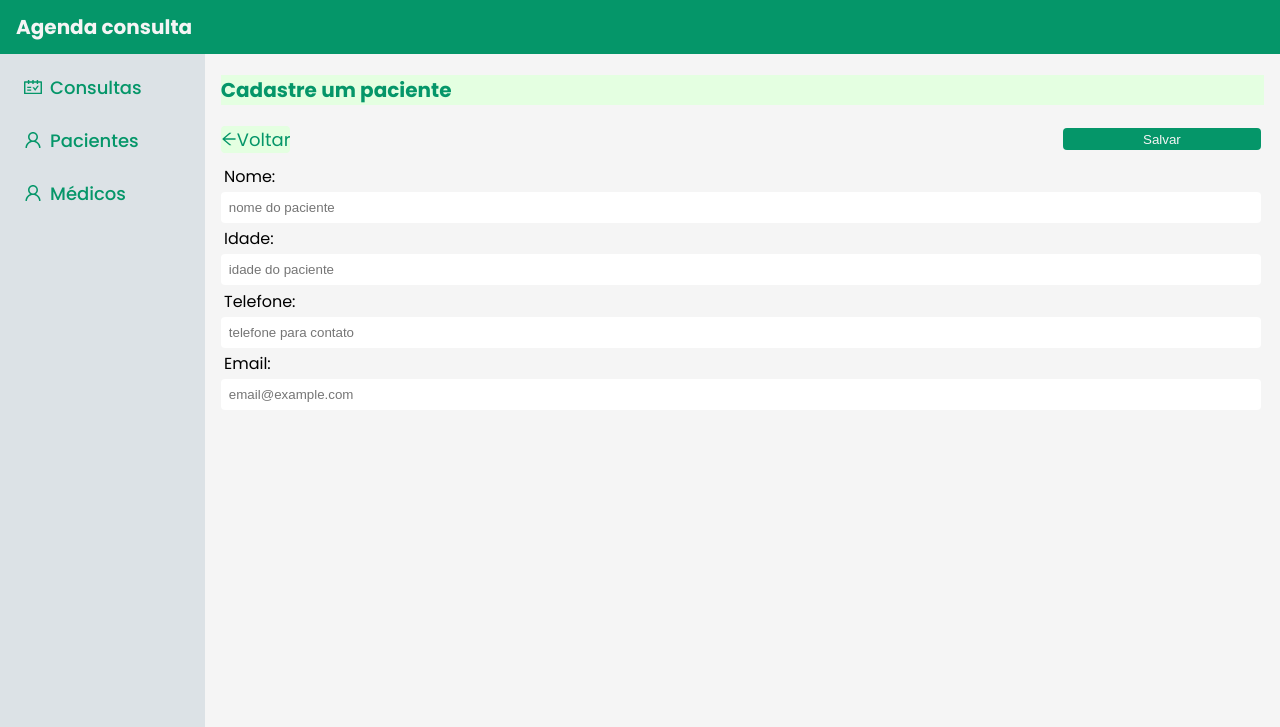
Repository: BarbaraCD/agendaconsulta
Page: /patients/new
An editor plug-in stored every save of this project. The page is shown before and after the next save, followed by the edit.
The browser window is 1280 px wide. The pictures show the whole page.
The project was rebuilt for these pictures with package versions that can differ from the ones it lists, and the page was loaded fresh each time. Also part of the build but not shown: vite.config.ts, src/services/appointment.services.ts, src/styles/Appointments.ts, src/services/doctor.services.ts, src/components/Calendar.tsx, src/styles/CreateContainer.ts, src/components/DoctorTable.tsx, src/components/PatientTable.tsx and 2 more.

Above is the page before, as saved 2023-08-29 16:21:13.

### index.html
<!DOCTYPE html>
<html lang="en">
  <head>
    <meta charset="UTF-8" />
    <link rel="icon" type="image/svg+xml" href="/vite.svg" />
    <meta name="viewport" content="width=device-width, initial-scale=1.0" />

    <link rel="preconnect" href="https://fonts.googleapis.com">
    <link rel="preconnect" href="https://fonts.gstatic.com" crossorigin>
    <link href="https://fonts.googleapis.com/css2?family=Poppins:wght@400;500;700&display=swap" rel="stylesheet">

    <title>Agendamento de Consulta</title>
  </head>
  <body>
    <div id="root"></div>
    <script type="module" src="/src/main.tsx"></script>
  </body>
</html>

### src/main.tsx
/* eslint-disable @typescript-eslint/no-non-null-assertion */
import React from 'react'
import ReactDOM from 'react-dom/client'
import { ThemeProvider } from 'styled-components'
import GlobalStyle, { Container, Content } from './styles/global'
import { theme } from './styles/Theme.ts'
import App from './App.tsx'
import { Routes } from './routes/index.tsx'
import { Header } from './components/Header.tsx'
import { BrowserRouter } from 'react-router-dom'

ReactDOM.createRoot(document.getElementById('root')!).render(
  <React.StrictMode>
    <ThemeProvider theme={theme}>
      <GlobalStyle />
      <BrowserRouter>
        <Header />
        <Container>
          <App />
          <Content>
            <Routes />
          </Content>
        </Container>
      </BrowserRouter>
    </ThemeProvider>
  </React.StrictMode>,
)

### src/styles/global.ts
import styled, { createGlobalStyle } from 'styled-components'

export default createGlobalStyle`
  *{
    margin: 0;
    padding: 0;
    box-sizing: border-box;

  }
  body{
    height: 100%;
    width: 100%;
    font-family: 'Poppins', sans-serif;
    background: ${(props) => props.theme.colors.white};
    font-size: ${(props) => props.theme.size.xl};
  }
`

export const Container = styled.div`
  display: flex;
`

export const SidebarGlobal = styled.div`
  width: 16%;
`

export const Content = styled.div`
  flex: 1;
  margin: 0 1rem;
`

### src/styles/Theme.ts
export const theme = {
  colors: {
    primary: '#059669',
    head: '#059669B3',
    100: '#E4FFE1',

    sbcolor: '#DCE2E6',
    gray: '#41414D',
    black: '#000',
    white: '#f5f5f5',
  },
  size: {
    sm: '14px',
    md: '16px',
    lg: '18px',
    xl: '20px',
    xxl: '24px',
  },
}

### src/App.tsx
import { SidebarGlobal } from './styles/global'
import { Sidebar } from './components/Sidebar'

export default function App() {
  return (
    <SidebarGlobal>
      <Sidebar />
    </SidebarGlobal>
  )
}

### src/routes/index.tsx
import { AppRoutes } from './app.routes'

export function Routes() {
  return (
    <>
      <AppRoutes />
    </>
  )
}

### src/components/Header.tsx
import { Link } from 'react-router-dom'
import { styled } from 'styled-components'

const ContainerHeader = styled.div`
  padding: 12px 16px;
  width: 100%;
  min-width: 200px;
  font-weight: 700;
  overflow: visible;
  background-color: ${(props) => props.theme.colors.primary};
`

const StyleLink = styled(Link)`
  text-decoration: none;
  word-break: normal;
  display: block;
  align-items: center;
  justify-content: center;
  color: ${(props) => props.theme.colors.white};
`

export function Header() {
  return (
    <ContainerHeader>
      <StyleLink to="/">Agenda consulta</StyleLink>
    </ContainerHeader>
  )
}

### src/components/Sidebar.tsx
import { ScheduleOutlined, UserOutlined } from '@ant-design/icons'
import { StyledSidebar, StyledList } from '../styles/SidebarStyled'
import { Link } from 'react-router-dom'

export function Sidebar() {
  return (
    <StyledSidebar>
      <StyledList>
        <li>
          <ScheduleOutlined style={{ color: '#059669' }} />
          <Link to="/appointments/calendar">Consultas</Link>
        </li>
        <li>
          <UserOutlined style={{ color: '#059669' }} />
          <Link to="/patients/list">Pacientes</Link>
        </li>
        <li>
          <UserOutlined style={{ color: '#059669' }} />
          <Link to="/doctors/list">Médicos</Link>
        </li>
      </StyledList>
    </StyledSidebar>
  )
}

### src/routes/app.routes.tsx
import { Routes, Route } from 'react-router-dom'

import { App } from 'antd'
import { AppointmentsCalendar } from '../components/Calendar'
import { InputPatients } from '../components/InputPatient'
import { DoctorTable } from '../components/DoctorTable'
import { PatientTable } from '../components/PatientTable'
import { InputDoctors } from '../components/InputDoctors'
import { CreateAppointments } from '../components/Appointments'

export function AppRoutes() {
  return (
    <Routes>
      <Route path="/" element={<App />} />

      <Route path="/patients/new" element={<InputPatients />} />
      <Route path="/patients/:id/edit" element={<InputPatients />} />
      <Route path="/patients/list" element={<PatientTable />} />

      <Route path="/doctors/new" element={<InputDoctors />} />
      <Route path="/doctors/:id/edit" element={<InputDoctors />} />
      <Route path="/doctors/list" element={<DoctorTable />} />

      <Route path="/appointments/new" element={<CreateAppointments />} />
      <Route path="/appointments/:id/edit" element={<CreateAppointments />} />
      <Route path="/appointments/calendar" element={<AppointmentsCalendar />} />
    </Routes>
  )
}

### src/styles/SidebarStyled.ts
import styled from 'styled-components'

export const StyledSidebar = styled.div`
  display: flex;
  flex-direction: column;
  background-color: ${(props) => props.theme.colors.sbcolor};
  color: ${(props) => props.theme.colors.black};
  font-size: ${(props) => props.theme.size.lg};
  font-weight: 500;
  justify-content: flex-start;
  align-items: flex-start;
  overflow: auto;
  height: 93.5vh;
  min-height: 100%;
`

export const StyledList = styled.ul`
  list-style: none;
  padding: 0.5rem;

  li {
    cursor: pointer;
    padding: 1rem;
    line-height: 1.3rem;
  }

  a {
    text-decoration: none;
    color: ${(props) => props.theme.colors.primary};
    margin: 0.5rem;
    word-break: break-all;
  }
`

### src/components/InputPatient.tsx
/* eslint-disable react-hooks/exhaustive-deps */
import { z } from 'zod'
import { useForm } from 'react-hook-form'
import { zodResolver } from '@hookform/resolvers/zod'

import { useEffect, useState } from 'react'
import {
  FlexDiv,
  InputContainer,
  MessageError,
  MessageSaved,
  StyledInput,
  StyledValidation,
  SubmitButton,
  StyledLink,
} from '../styles/InputContainer'
import {
  createPatient,
  updatePatient,
  getPatientById,
} from '../services/patient.services'
import { useParams, useNavigate } from 'react-router-dom'
import { ArrowLeftOutlined } from '@ant-design/icons'

const patientSchema = z.object({
  name: z
    .string()
    .nonempty('O nome é obrigatório')
    .transform((name) => {
      return name
        .trim()
        .split(' ')
        .map((word) => {
          return word[0].toLocaleUpperCase().concat(word.substring(1))
        })
        .join(' ')
    }),
  age: z.coerce.number().min(12, 'Idade obrigatória').max(120),
  telephone: z
    .string()
    .min(11, 'Telefone é obrigatório')
    .max(11, 'Telefone deve conter 11 digitos'),
  email: z
    .string()
    .nonempty('O email é obrigatório')
    .email('Formato de email inválido')
    .toLowerCase(),
})

export type PatientSchemaType = z.infer<typeof patientSchema>

export function InputPatients() {
  const {
    reset,
    register,
    handleSubmit,
    formState: { errors, isSubmitting },
  } = useForm<PatientSchemaType>({
    resolver: zodResolver(patientSchema),
    defaultValues: {
      name: '',
      age: null || undefined,
      telephone: null || undefined,
      email: '',
    },
  })

  const navigate = useNavigate()
  const { id } = useParams()
  const [successMessage, setSuccessMessage] = useState<string | null>(null)
  const [errorMessage, setErrorMessage] = useState<string | null>(null)

  useEffect(() => {
    fetchPatients()
  }, [])

  async function fetchPatients() {
    if (!id) return
    try {
      const response = await getPatientById(Number(id))
      reset(response as unknown as PatientSchemaType)
    } catch (error) {
      console.error('Error fetching Patients:', error)
    }
  }

  async function createNewPatient(data: PatientSchemaType) {
    try {
      if (id) {
        await updatePatient(Number(id), data)
        navigate(-1)
      } else {
        await createPatient(data)
      }
      setSuccessMessage('Paciente salvo com sucesso!')
      setTimeout(() => {
        setSuccessMessage(null)
      }, 2000)
      reset()
    } catch (error) {
      setErrorMessage('Erro ao cadastrar/atualizar paciente.')
    }
  }

  return (
    <InputContainer>
      {successMessage && <MessageSaved>{successMessage}</MessageSaved>}
      {errorMessage && <MessageError>{errorMessage}</MessageError>}
      <h3>Cadastre um paciente</h3>
      <FlexDiv>
        <StyledLink to="/patients/list">
          <ArrowLeftOutlined /> <p>Voltar</p>
        </StyledLink>
        <SubmitButton type="submit" disabled={isSubmitting}>
          Salvar
        </SubmitButton>
      </FlexDiv>

      <form onSubmit={handleSubmit(createNewPatient)}>
        <div>
          <label htmlFor="name">Nome:</label>
          <StyledInput
            {...register('name')}
            type="text"
            name="name"
            id="name"
            placeholder="nome do paciente"
            autoComplete="off"
          />
          {errors.name && (
            <StyledValidation>{errors.name.message}</StyledValidation>
          )}
        </div>

        <div>
          <label htmlFor="age">Idade:</label>
          <StyledInput
            {...register('age')}
            type="number"
            name="age"
            id="age"
            maxLength={3}
            placeholder="idade do paciente"
            autoComplete="off"
          />
          {errors.age && (
            <StyledValidation>{errors.age.message}</StyledValidation>
          )}
        </div>

        <div>
          <label htmlFor="telephone">Telefone:</label>
          <StyledInput
            {...register('telephone')}
            type="number"
            name="telephone"
            id="telephone"
            placeholder="telefone para contato"
            autoComplete="off"
          />
          {errors.telephone && (
            <StyledValidation>{errors.telephone.message}</StyledValidation>
          )}
        </div>

        <div>
          <label htmlFor="email">Email:</label>
          <StyledInput
            {...register('email')}
            type="text"
            id="email"
            name="email"
            placeholder="email@example.com"
            autoComplete="off"
          />
          {errors.email && (
            <StyledValidation>{errors.email.message}</StyledValidation>
          )}
        </div>
      </form>
    </InputContainer>
  )
}

### src/styles/InputContainer.ts
import styled from 'styled-components'
import { Select } from 'antd'
import { Link } from 'react-router-dom'

export const InputContainer = styled.main`
  color: ${(props) => props.theme.colors.black};
  font-size: ${(props) => props.theme.size.md};
  padding: 0.5rem 0;

  div {
    margin: 0.2rem 0.2rem 0.2rem 0;
  }

  h3 {
    background-color: ${(props) => props.theme.colors[100]};
    color: ${(props) => props.theme.colors.primary};
    font-size: ${(props) => props.theme.size.xl};
    margin: 0.8rem 0;
  }

  label {
    display: flex;
    margin: 0.2rem;
  }

  p {
    font-size: ${(props) => props.theme.size.lg};
    font-weight: 400;
  }
`

export const StyledValidation = styled.span`
  size: ${(props) => props.theme.size.md};
  color: red;
`

export const ApFooter = styled.div`
  display: flex;
  align-items: center;
  justify-content: space-between;
  margin-bottom: 0.5rem;
`

export const StyledSelect = styled(Select)`
  width: 100%;
  border: none;
`

export const SubmitButton = styled.button`
  padding: 0.2rem 5rem;
  border: none;
  border-radius: 4px;
  overflow: hidden;
  cursor: pointer;
  margin: 0.5rem 0;
  background-color: ${(props) => props.theme.colors.primary};
  color: ${(props) => props.theme.colors.white};

  p {
    font-size: ${(props) => props.theme.size.xl};
    font-weight: 600;
    overflow: hidden;
  }

  &:hover {
    background-color: ${(props) => props.theme.colors.head};
  }
`

export const StyledLink = styled(Link)`
  text-decoration: none;
  color: ${(props) => props.theme.colors.primary};
  background-color: ${(props) => props.theme.colors[100]};
  font-weight: 600;
  border-radius: 4px;
  margin: 0.5rem 0;
  justify-content: center;
  align-items: center;
  display: flex;

  &:hover {
    color: ${(props) => props.theme.colors.gray};
    background-color: ${(props) => props.theme.colors.sbcolor};
  }
`

export const MessageSaved = styled.p`
  justify-content: center;
  text-align: center;
  width: 30%;
  border-radius: 4px;
  margin: 0 35%;
  background-color: ${(props) => props.theme.colors[100]};
  color: ${(props) => props.theme.colors.primary};
  size: ${(props) => props.theme.size.lg};
`

export const MessageError = styled.p`
  background-color: lightpink;
  color: red;
  justify-content: center;
  text-align: center;
  width: 30%;
  border-radius: 4px;
  margin: 0 35%;
`

export const StyledInput = styled.input`
  width: 100%;
  padding: 0.5rem;
  border: none;
  border-radius: 4px;
  overflow: hidden;
`

export const PatSpan = styled.span`
  text-decoration: none;
  color: ${(props) => props.theme.colors.primary};
  background-color: ${(props) => props.theme.colors[100]};
  font-weight: 500;
  border-radius: 4px;
  margin-top: 1rem;
`
export const FlexDiv = styled.div`
  display: flex;
  justify-content: space-between;
  align-items: center;
`

### src/services/patient.services.ts
import { PatientSchemaType } from '../components/InputPatient'
import { PatientsProps } from '../components/PatientTable'
import { api } from './ApiConfig'

export async function getPatient(): Promise<PatientsProps[]> {
  try {
    const response = await api.get('/patient')
    return response.data
  } catch (error) {
    throw new Error('Erro ao obter dados dos pacientes:')
  }
}

export async function getPatientById(id: number): Promise<PatientsProps> {
  try {
    const response = await api.get(`/patient/${id}`)
    return response.data
  } catch (error) {
    throw new Error('Erro ao obter dados dos pacientes:')
  }
}

export async function createPatient(data: PatientSchemaType) {
  return api.post('/patient', data)
}

export async function updatePatient(id: number, data: PatientSchemaType) {
  try {
    const response = await api.put(`/patient/${id}`, data)
    return response.data
  } catch (error) {
    throw new Error('Erro ao obter dados dos pacientes:')
  }
}

export async function deletePatient(id: number) {
  return await api.delete(`/patient/${id}`)
}

Loaded but not shown: src/services/ApiConfig.ts (common file)

After the next save:
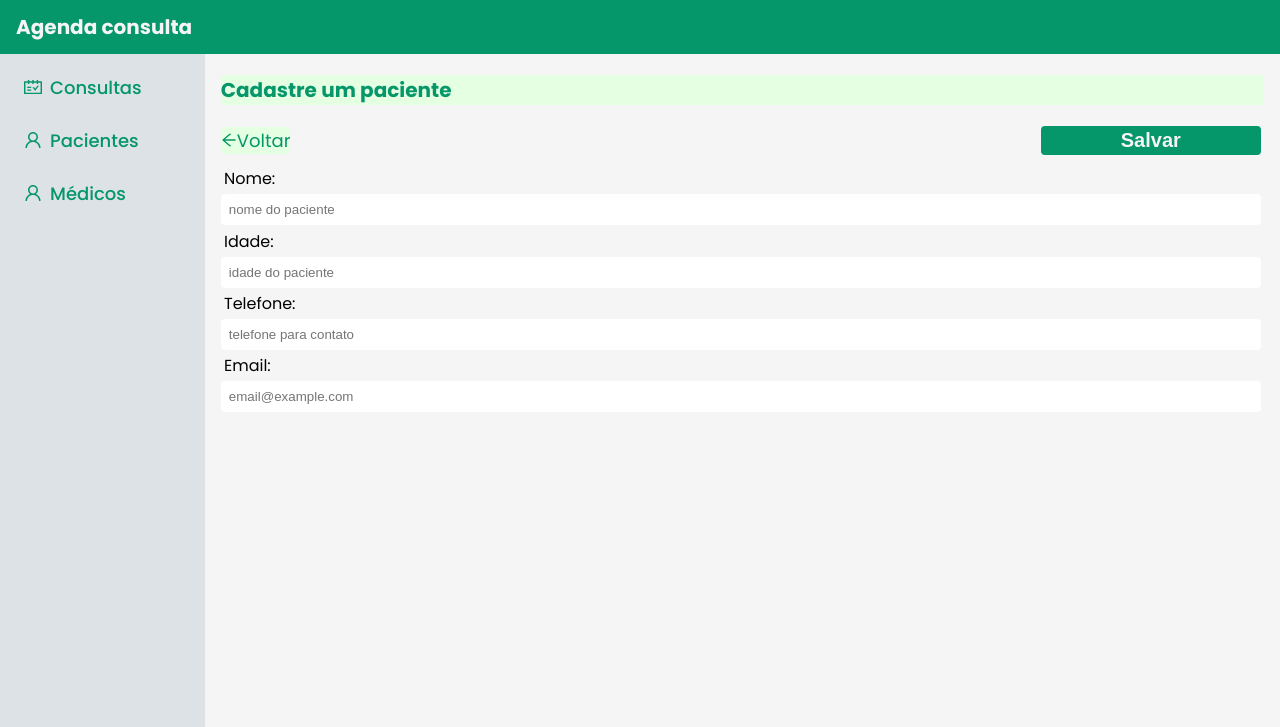
Saved 8 s later.
--- a/src/components/InputPatient.tsx
+++ b/src/components/InputPatient.tsx
@@ -112,7 +112,7 @@ export function InputPatients() {
           <ArrowLeftOutlined /> <p>Voltar</p>
         </StyledLink>
         <SubmitButton type="submit" disabled={isSubmitting}>
-          Salvar
+          <p>Salvar</p>
         </SubmitButton>
       </FlexDiv>
 
